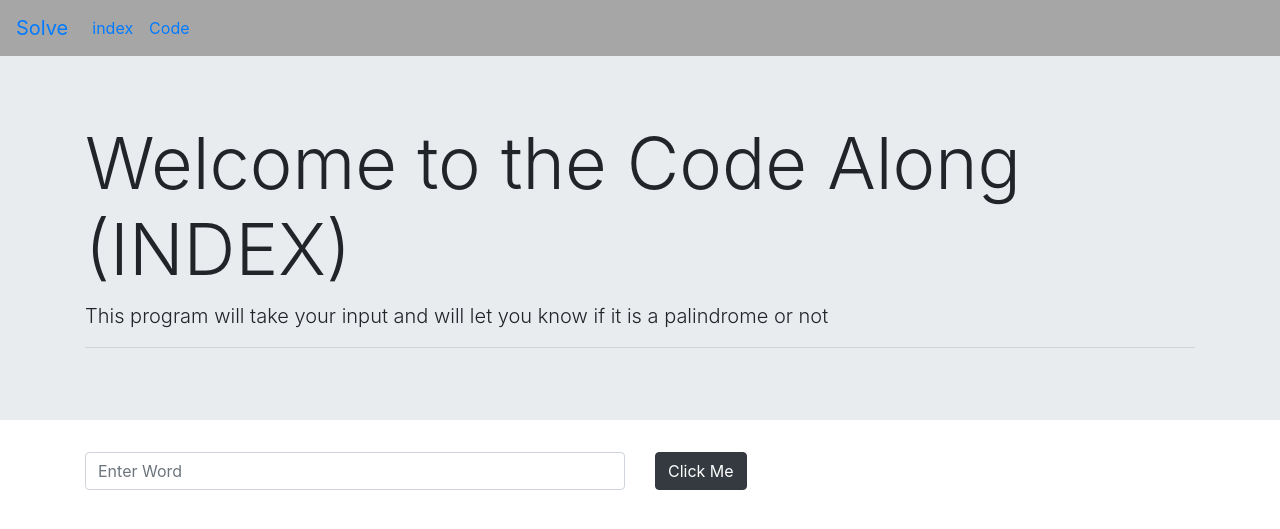
Repository: zhadjah9559/TacocatGrammar
Page: solve.html
The author's editor kept a copy of each file at every save. The page is drawn from the files as they stood at one save, then again after the next save.
The browser window is 1280 px wide. The pictures show the whole page.

Above is the page before, as saved 2021-01-11 23:27:05.

### solve.html
<!doctype html>
<html lang="en">
  <head>
    <title>Solve</title>
    <!-- Required meta tags -->
    <meta charset="utf-8">
    <meta name="viewport" content="width=device-width, initial-scale=1, shrink-to-fit=no">

    <!-- Bootstrap CSS -->
    <link rel="stylesheet" href="https://stackpath.bootstrapcdn.com/bootstrap/4.3.1/css/bootstrap.min.css" integrity="sha384-ggOyR0iXCbMQv3Xipma34MD+dH/1fQ784/j6cY/iJTQUOhcWr7x9JvoRxT2MZw1T" crossorigin="anonymous">
  </head>
  <body>


    <nav class="navbar navbar-expand-sm" style="background-color: #A6A6A6;">
        <a class="navbar-brand" href="#">Solve</a>
        <button class="navbar-toggler d-lg-none" type="button" data-toggle="collapse" data-target="#collapsibleNavId" aria-controls="collapsibleNavId"
            aria-expanded="false" aria-label="Toggle navigation"></button>
        <div class="collapse navbar-collapse" id="collapsibleNavId">
            <ul class="navbar-nav mr-auto mt-2 mt-lg-0">
                <li class="nav-item active">
                    <a class="nav-link" href="index.html">index <span class="sr-only">(current)</span></a>
                </li>
                <li class="nav-item">
                    <a class="nav-link" href="code.html">Code</a>
                </li>
            </ul>
        </div>
    </nav>


    <div class="jumbotron jumbotron-fluid">
        <div class="container">
            <h1 class="display-3">Welcome to the Code Along (INDEX)</h1>
            <p class="lead">This program will take your input and will let you know if it is a palindrome or not</p>
            <hr class="my-2">
        </div>
    </div>

    <div class="container">
        <div class="row">
            <!--col 2 is input-->
            <div class="col">
                <input id="input2" type="text" class="form-control" placeholder="Enter Word">
            </div>

            <!--col 3 is a button-->
            <!--but is what we'll use to iplement listner-->
            <div class="col">
                <button id="btnDemo" class="btn btn-dark">Click Me</button>
            </div>
        </div>
    </div>




    <!-- Optional JavaScript -->
    <!-- jQuery first, then Popper.js, then Bootstrap JS -->
    <script src="https://code.jquery.com/jquery-3.3.1.slim.min.js" integrity="sha384-q8i/X+965DzO0rT7abK41JStQIAqVgRVzpbzo5smXKp4YfRvH+8abtTE1Pi6jizo" crossorigin="anonymous"></script>
    <script src="https://cdnjs.cloudflare.com/ajax/libs/popper.js/1.14.7/umd/popper.min.js" integrity="sha384-UO2eT0CpHqdSJQ6hJty5KVphtPhzWj9WO1clHTMGa3JDZwrnQq4sF86dIHNDz0W1" crossorigin="anonymous"></script>
    <script src="https://stackpath.bootstrapcdn.com/bootstrap/4.3.1/js/bootstrap.min.js" integrity="sha384-JjSmVgyd0p3pXB1rRibZUAYoIIy6OrQ6VrjIEaFf/nJGzIxFDsf4x0xIM+B07jRM" crossorigin="anonymous"></script>
  </body>
</html>

After the next save:
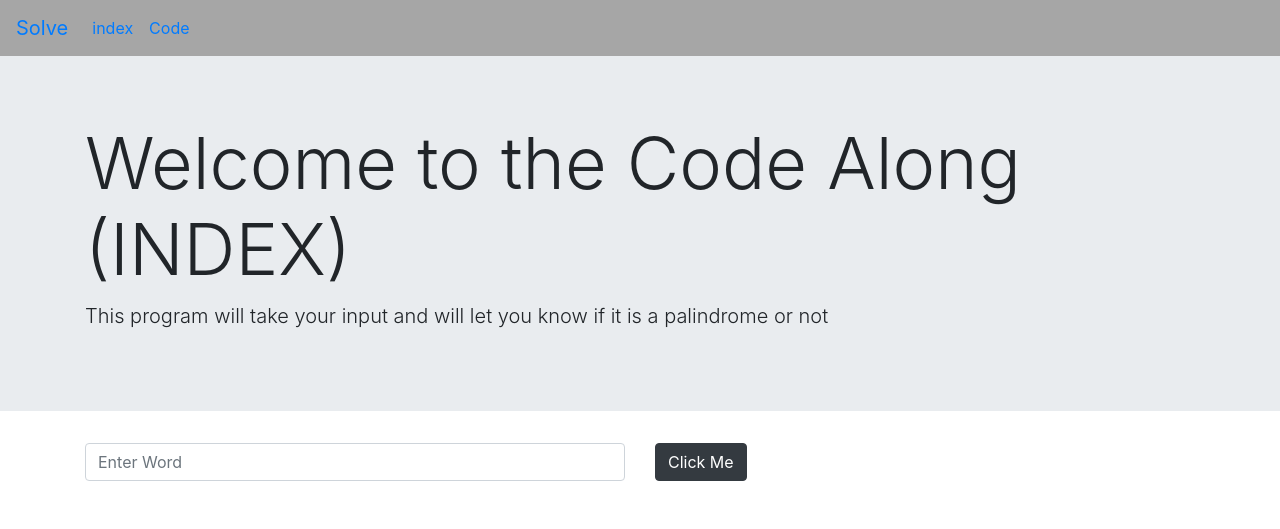
Saved 21 s later.
--- a/solve.html
+++ b/solve.html
@@ -33,7 +33,7 @@
         <div class="container">
             <h1 class="display-3">Welcome to the Code Along (INDEX)</h1>
             <p class="lead">This program will take your input and will let you know if it is a palindrome or not</p>
-            <hr class="my-2">
+
         </div>
     </div>
 
